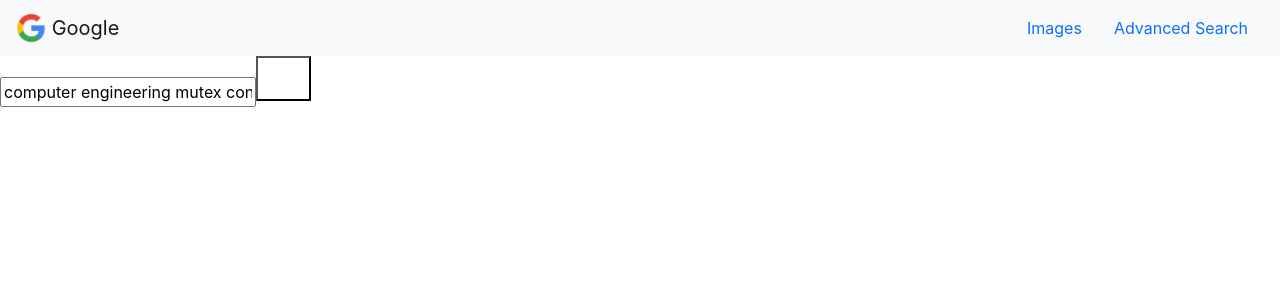
Repository: hego-team/hego-frontend
Page: /search
These files come from the project's save history. The page is drawn as it stood at one moment and after the next save; the edit follows.
The browser window is 1280 px wide. The pictures show the whole page.
The project was rebuilt for these pictures with package versions that can differ from the ones it lists, and the page was loaded fresh each time.

Above is the page before, as saved 2022-05-15 02:07:48.

### index.html
<!DOCTYPE html>
<html>
  <head>
    <meta charset="utf-8">
    <link rel ="shortcut icon" type="image/x-icon" href="static/google_icon.ico">
    <title>hego-frontend</title>
  </head>
  <body>
    <div id="app"></div>
    <!-- built files will be auto injected -->
  </body>
</html>

### src/main.js
// The Vue build version to load with the `import` command
// (runtime-only or standalone) has been set in webpack.base.conf with an alias.
import Vue from 'vue'
import App from './App'
import router from './router'
import axios from 'axios'
axios.defaults.baseURL = 'http://localhost:8443/api'

Vue.prototype.$axios = axios
Vue.config.productionTip = false

/* eslint-disable no-new */
new Vue({
  el: '#app',
  router,
  components: { App },
  template: '<App/>'
})

### src/router/index.js
import Vue from 'vue'
import Router from 'vue-router'
import SearchEngine from '@/components/SearchEngine'
import SearchResult from '@/components/SearchResult'

Vue.use(Router)

export default new Router({
  mode: "history",
  routes: [
    {
      path: '/home',
      name: 'searchEngine',
      component: SearchEngine
    },
    {
      path: '/search',
      name: 'SearchResult',
      component: SearchResult
    }
  ]
})

### src/components/SearchEngine.vue
<template>

  <div id="searchEngine">
    <NavMenu></NavMenu>
    <div class="search">
      <a href="#" >
          <img class="center" src="../assets/img/googlelogo_color.png" alt="Google-Logo" id="big-logo">
      </a>

      <div class="form-group" style="margin-top: 15px;">
        <input type="text center" class="form-control col-6" id="q" name="q" placeholder="Search" v-model="query">
      </div>
      <div class="form-group center padding">
          <button type="submit" class="btn btn-primary" id="google-button" v-on:click="submit">Google Search</button>
      </div>
    </div>
  </div>
</template>

<script>
import NavMenu from "./NavMenu.vue"
export default {
    name: "SearchEngine",
    components: { NavMenu },
    data() {
        return {
            query: "",
            resp: []
        };
    },
    methods: {
        submit() {
          this.$router.replace({ path: '/search' });
            /**
            var _this = this;
            var query = this.query;
            var url = "search/" + query;
            this.$axios.get(url).then(resp => {
                if (successResponse.data.code == 200) {
                    this.$router.replace({ path: url });
                }
            });
            */
        }
    }
}
</script>

<!-- Add "scoped" attribute to limit CSS to this component only -->
<style scoped>
@import "../styles/search.css";
@import "https://cdn.jsdelivr.net/npm/bootstrap@5.1.3/dist/css/bootstrap.min.css";
@import "https://stackpath.bootstrapcdn.com/bootstrap/4.5.0/css/bootstrap.min.css";
</style>

### src/components/SearchResult.vue
<template>
  <div id="SearchResult">
    <NavMenu></NavMenu>
    <div id="searchbar" type="text">
      <input id="searchbartext" type="text" value="computer engineering mutex concept" />
      <button id="searchbarbutton"></button>
    </div>
  </div>
</template>

<script>
import NavMenu from "./NavMenu.vue"
export default {
  name: "SearchResult",
  components: {NavMenu}

}
</script>

<style scoped>
@import "../styles/result.css"
</style>

### src/styles/search.css
.search {
  display: block;
  margin: auto;
  margin-top: 10%; }

.as_search {
  margin: auto;
  padding: auto; }

.title {
  color: #d93025;
  font-size: 20px;
  margin-top: 20px;
  margin-left: 20px; }

.overlap {
  position: relative; }

.logo-subtext {
  color: #4285f4;
  font: 16px/16px roboto-regular, arial, sans-serif;
  white-space: nowrap;
  position: absolute;
  margin-left: 60%; }

.center {
  display: block;
  margin-left: auto;
  margin-right: auto;
  width: 50%; }

.padding {
  padding-left: 35px; }

#big-logo {
  width: 300px; }

#google-button {
  background-color: #f2f2f2;
  color: rgba(0, 0, 0, 0.473);
  border: none;
  position: center; }


#q {
  border-radius: 50px;
  margin: auto;
  padding-left: 20px; }

### src/components/NavMenu.vue
<template>
    <div id="searchEngine">
        <nav class="navbar navbar-light bg-light">
            <a class="navbar-brand" href="search.html">
                <img src="../assets/img/google-logo.png" width="30" height="30" class="d-inline-block align-top" alt="" loading="lazy">
                Google
            </a>
            <ul class="nav justify-content-end">
                <li class="nav-item">
                <a class="nav-link" href="images_search.html">Images</a>
                </li>
                <li class="nav-item">
                <a class="nav-link" href="adv_search.html">Advanced Search</a>
                </li>
            </ul>
        </nav>
    </div>
</template>

<script>
  export default {
    name: 'NavMenu'
  }
</script>

<style scoped>
@import "../styles/search.css";
@import "https://cdn.jsdelivr.net/npm/bootstrap@5.1.3/dist/css/bootstrap.min.css";
@import "https://stackpath.bootstrapcdn.com/bootstrap/4.5.0/css/bootstrap.min.css";
</style>

### src/styles/result.css
#searchbarbutton {
  height: 45px;
  width: 55px;
  position: relative;
  margin-right: -2px;
  background-color: white;
}

#searchbarbutton {
  height: 45px;
  width: 55px;
  position: relative;
  margin-right: -2px;
  background-color: white;
}

Loaded but not shown: src/App.vue (common file)

After the next save:
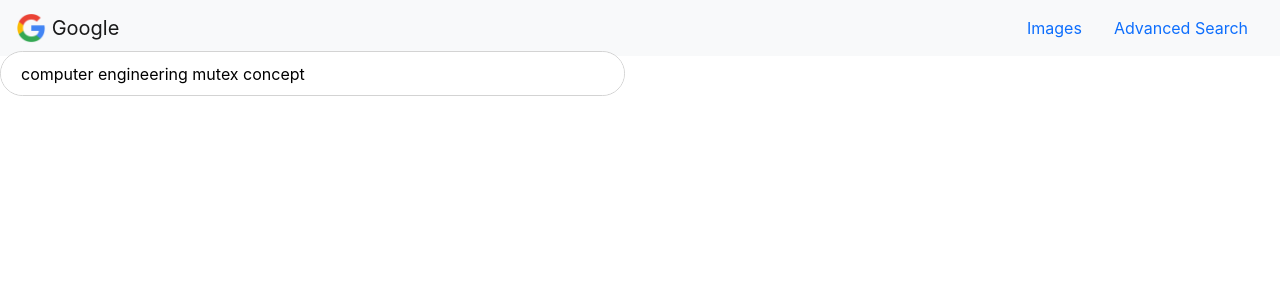
Saved 29 s later.
--- a/src/styles/result.css
+++ b/src/styles/result.css
@@ -13,3 +13,55 @@
   margin-right: -2px;
   background-color: white;
 }
+
+#searchbarbutton svg {
+  height: 25px;
+  width: 35px;
+  position: relative;
+  left: -3px;
+}
+
+#searchbarbutton svg path {
+  fill: #4285f4;
+}
+
+#searchbar {
+  width: 625px;
+  height: 45px;
+  border-radius: 100px;
+  border-color: lightgray;
+  border-style: solid;
+  border-width: 1px;
+  font-size: 16px;
+  position: relative;
+  bottom: 5px;
+  overflow: hidden;
+  display: flex;
+  z-index: 100;
+}
+
+#searchbar:hover {
+  box-shadow: 0px 2px 5px rgba(0, 0, 0, 0.1);
+}
+
+#searchbar > input {
+  height: 45px;
+  border-style: none;
+  font-size: 16px;
+  line-height: 45px;
+  padding-left: 20px;
+  flex: 1;
+}
+
+#searchbar > input:focus {
+  outline: none;
+}
+
+#searchbar button {
+  border: none;
+  cursor: pointer;
+}
+
+#searchbar button:focus {
+  outline: none;
+}
